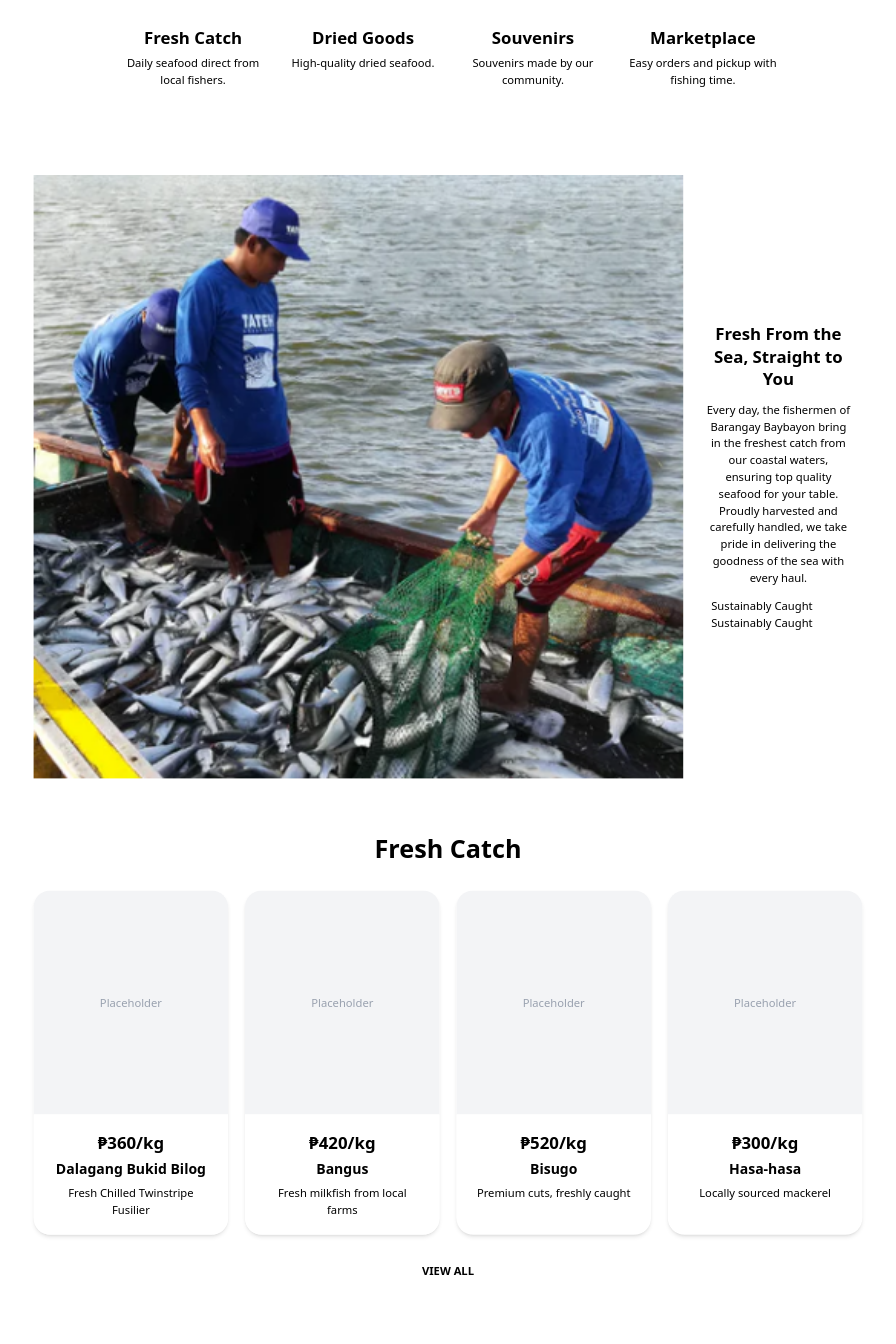
Repository: Coast2Card/coast2cart-frontend
Page: /
The author's editor kept a copy of each file at every save. The page is drawn from the files as they stood at one save, then again after a run of saves.
The browser window is 1280 px wide. The pictures show the part of the page from y = 1350 to 3270 px (the page is 3367 px tall before and 2996 px after), at 70% of full size.
The project was rebuilt for these pictures with package versions that can differ from the ones it lists, and the page was loaded fresh each time. Also part of the build but not shown: vite.config.js, src/pages/Seafood.jsx, src/pages/Souvenirs.jsx, src/pages/About.jsx, src/pages/Cart.jsx, src/pages/Profile.jsx, src/pages/Colors.jsx.

Above is the page before, as saved 2025-09-07 15:33:23.

### index.html
<!DOCTYPE html>
<html lang="en" data-theme="coast2cart">
  <head>
    <meta charset="UTF-8" />
    <!-- <link rel="icon" type="image/svg+xml" href="/vite.svg" /> -->
    <meta name="viewport" content="width=device-width, initial-scale=1.0" />
    <title>Coast2Cart</title>
  </head>
  <body>
    <div id="root"></div>
    <script type="module" src="/src/main.jsx"></script>
  </body>
</html>

### src/App.jsx
import { Routes, Route } from "react-router-dom";
import Layout from "./components/Layout";
import Home from "./pages/Home";
import Seafood from "./pages/Seafood";
import Souvenirs from "./pages/Souvenirs";
import About from "./pages/About";
import Cart from "./pages/Cart";
import Profile from "./pages/Profile";
import Colors from "./pages/Colors";
import "./App.css";

function App() {
  return (
    <Routes>
      {/* Routes with shared layout */}
      <Route path="/" element={<Layout />}>
        <Route index element={<Home />} />
        <Route path="seafood" element={<Seafood />} />
        <Route path="souvenirs" element={<Souvenirs />} />
        <Route path="about" element={<About />} />
        <Route path="cart" element={<Cart />} />
        <Route path="profile" element={<Profile />} />
        <Route path="colors" element={<Colors />} />
      </Route>
    </Routes>
  );
}

export default App;

### src/components/Layout.jsx
import { Outlet } from "react-router-dom";
import Navbar from "./Navbar";

const Layout = () => {
  return (
    <div className="min-h-screen bg-base-200">
      {/* Navigation Header */}
      <Navbar />

      {/* Main Content */}
      <main className=" mx-auto  ">
        <Outlet />
      </main>

      {/* Footer */}
      <footer className="bg-base-100 border-t border-base-300 mt-auto">
        <div className="max-w-7xl mx-auto py-4 px-4 sm:px-6 lg:px-8">
          <p className="text-center text-base-content/70 text-sm">
            © 2024 Coast2Cart. All rights reserved.
          </p>
        </div>
      </footer>
    </div>
  );
};

export default Layout;

### src/pages/Home.jsx
import homeBanner from "../assets/images/home_banner.jpg";
import baybayonLogo from "../assets/logos/c2c_white_transparent.png";
import fish1 from "../assets/images/home_fish1.png";
import fish2 from "../assets/images/home_fish2.png";
import fish3 from "../assets/images/home_fish3.png";
import fish4 from "../assets/images/home_fish4.png";
import fish5 from "../assets/images/home_fish5.png";
import HomeFeatures from "../components/home/HomeFeatures";
import HomeFreshCatch from "../components/home/HomeFreshCatch";
import HomeGallery from "../components/home/HomeGallery";
const Home = () => {
  return (
    <main className="relative overflow-x-hidden">
      {/* Home Banner */}
      <section className="w-full h-[70vh] md:h-185 relative">
        <img
          src={homeBanner}
          alt="Home Banner"
          className="w-full h-full object-cover relative z-4"
          onError={(e) => {
            console.log("Image failed to load:", homeBanner);
            e.target.style.display = "none";
          }}
          onLoad={() => console.log("Image loaded successfully:", homeBanner)}
        />

        <div className="absolute inset-0 bg-black opacity-60 z-10"></div>

        <div className="absolute inset-0 z-20 flex items-start py-20 justify-center">
          <div className="text-center text-white">
            <h1 className="text-xl sm:text-2xl lg:text-3xl font-extrabold font-display mb-[-30px] sm:mb-[-30px] md:mb-[-35px] lg:mb-[-47px]">
              Sea the best of Baybayon, from
            </h1>
            <img
              className="w-6/8 sm:w-5/8 md:4/8 lg:3/8 max-w-270 h-auto mx-auto "
              src={baybayonLogo}
            />
            <button className="mt-[-10px] bg-secondary text-primary uppercase px-6 py-2 rounded-full text-md sm:text-lg font-semibold hover:bg-secondary/90 transition-colors">
              Shop Now
            </button>
          </div>
        </div>
      </section>
      <section className=" relative overflow-hidden w-[140vw] flex items-center justify-center gap-6 mb-25   z-30 -mt-61 sm:-mt-60 left-1/2 -translate-x-1/2">
        <img
          src={fish1}
          alt="Fish 1"
          className="min-w-60 sm:w-65 h-90 object-cover rounded-2xl"
        />
        <img
          src={fish2}
          alt="Fish 2"
          className="min-w-65 h-85 sm:w-80 sm:h-110 object-cover rounded-2xl"
        />
        <img
          src={fish3}
          alt="Fish 3"
          className="min-w-75 h-115 sm:w-95 sm:h-125 object-cover rounded-2xl"
        />
        <img
          src={fish4}
          alt="Fish 4"
          className="min-w-65 h-90 sm:w-80 sm:h-110 object-cover rounded-2xl"
        />
        <img
          src={fish5}
          alt="Fish 5"
          className="min-w-60 sm:w-65 h-90 object-cover rounded-2xl"
        />
      </section>
      <section className="max-w-8xl mx-auto p-4 flex flex-col">
        <HomeFeatures className="mb-25" />
        <HomeGallery />
        <HomeFreshCatch />
      </section>
    </main>
  );
};

export default Home;

### src/components/Navbar.jsx
import { Link, useLocation } from "react-router-dom";
import { useState } from "react";
import { navLinks } from "../data/navigation";
import c2cLogo from "../assets/logos/c2c_transparent.png";
import searchIcon from "../assets/icons/search.png";
import cartIcon from "../assets/icons/cart.png";
import profileIcon from "../assets/icons/profile.png";
import commentIcon from "../assets/icons/comment.png";
const Navbar = () => {
  const location = useLocation();
  const [isMobileMenuOpen, setIsMobileMenuOpen] = useState(false);

  const isActive = (path) => {
    return location.pathname === path;
  };

  const toggleMobileMenu = () => {
    setIsMobileMenuOpen(!isMobileMenuOpen);
  };

  const closeMobileMenu = () => {
    setIsMobileMenuOpen(false);
  };

  return (
    <nav className="bg-base-300 shadow-lg py-2 sticky top-0 z-50">
      <div className="mx-auto px-6 sm:px-6 lg:px-8">
        <div className="flex justify-between h-16">
          <div className="flex items-center">
            <Link to="/" className="flex-shrink-0">
              <img src={c2cLogo} alt="Coast2Cart" className="h-17" />
            </Link>
          </div>

          {/* Desktop Navigation */}
          <div className="hidden md:flex items-center space-x-8">
            {navLinks.map((link) => (
              <Link
                key={link.path}
                to={link.path}
                className={`px-3 py-2 rounded-md text-md font-bold transition-colors ${
                  isActive(link.path)
                    ? " text-accent after:content-[''] after:block after:w-full after:h-0.5 after:bg-accent after:rounded-full"
                    : "text-black hover:text-primary hover:bg-base-200"
                }`}
              >
                {link.label}
              </Link>
            ))}
          </div>

          {/* Desktop Icons - Hidden on mobile */}
          <div className="hidden md:flex items-center gap-4 lg:gap-6">
            <img
              src={searchIcon}
              alt="Search"
              className="h-5 w-5 lg:h-5.5 lg:w-5.5 hover:cursor-pointer hover:opacity-60 transition-opacity duration-300"
            />
            <img
              src={commentIcon}
              alt="Comment"
              className="h-5 w-5 lg:h-5.5 lg:w-5.5 hover:cursor-pointer hover:opacity-60 transition-opacity duration-300"
            />
            <img
              src={cartIcon}
              alt="Cart"
              className="h-5 w-5 lg:h-5.5 lg:w-5.5 hover:cursor-pointer hover:opacity-60 transition-opacity duration-300"
            />
            <img
              src={profileIcon}
              alt="Profile"
              className="h-5 w-5 lg:h-5.5 lg:w-5.5 hover:cursor-pointer hover:opacity-60 transition-opacity duration-300"
            />
          </div>

          {/* Mobile menu button */}
          <div className="md:hidden flex items-center">
            <button
              onClick={toggleMobileMenu}
              className="inline-flex items-center justify-center p-2 rounded-md text-base-content hover:text-primary hover:bg-base-200 focus:outline-none focus:ring-2 focus:ring-inset focus:ring-primary"
              aria-expanded="false"
            >
              <span className="sr-only">Open main menu</span>
              {!isMobileMenuOpen ? (
                <svg
                  className="block h-6 w-6"
                  xmlns="http://www.w3.org/2000/svg"
                  fill="none"
                  viewBox="0 0 24 24"
                  stroke="currentColor"
                  aria-hidden="true"
                >
                  <path
                    strokeLinecap="round"
                    strokeLinejoin="round"
                    strokeWidth="2"
                    d="M4 6h16M4 12h16M4 18h16"
                  />
                </svg>
              ) : (
                <svg
                  className="block h-6 w-6"
                  xmlns="http://www.w3.org/2000/svg"
                  fill="none"
                  viewBox="0 0 24 24"
                  stroke="currentColor"
                  aria-hidden="true"
                >
                  <path
                    strokeLinecap="round"
                    strokeLinejoin="round"
                    strokeWidth="2"
                    d="M6 18L18 6M6 6l12 12"
                  />
                </svg>
              )}
            </button>
          </div>
        </div>
      </div>

      {/* Mobile Navigation Menu */}
      <div className={`md:hidden ${isMobileMenuOpen ? "block" : "hidden"}`}>
        <div className="px-2 pt-2 pb-3 space-y-1 sm:px-3 bg-base-100 border-t border-base-300">
          {navLinks.map((link) => (
            <Link
              key={link.path}
              to={link.path}
              onClick={closeMobileMenu}
              className={`block px-3 py-2 rounded-md text-base font-medium transition-colors ${
                isActive(link.path)
                  ? "bg-primary text-primary-content"
                  : "text-base-content hover:text-primary hover:bg-base-200"
              }`}
            >
              {link.label}
            </Link>
          ))}

          {/* Mobile Icons */}
          <div className="flex items-center justify-center gap-6 pt-4 border-t border-base-300 mt-4">
            <img
              src={searchIcon}
              alt="Search"
              className="h-6 w-6 hover:cursor-pointer hover:opacity-60 transition-opacity duration-300"
            />
            <img
              src={commentIcon}
              alt="Comment"
              className="h-6 w-6 hover:cursor-pointer hover:opacity-60 transition-opacity duration-300"
            />
            <img
              src={cartIcon}
              alt="Cart"
              className="h-6 w-6 hover:cursor-pointer hover:opacity-60 transition-opacity duration-300"
            />
            <img
              src={profileIcon}
              alt="Profile"
              className="h-6 w-6 hover:cursor-pointer hover:opacity-60 transition-opacity duration-300"
            />
          </div>
        </div>
      </div>
    </nav>
  );
};

export default Navbar;

### src/components/home/HomeFeatures.jsx
import cartIcon from "../../assets/icons/cart.png";
import commentIcon from "../../assets/icons/comment.png";
import profileIcon from "../../assets/icons/profile.png";
import searchIcon from "../../assets/icons/search.png";

const features = [
  {
    icon: cartIcon,
    title: "Fresh Catch",
    description: "Daily seafood direct from local fishers.",
  },
  {
    icon: searchIcon,
    title: "Dried Goods",
    description: "High-quality dried seafood.",
  },
  {
    icon: commentIcon,
    title: "Souvenirs",
    description: "Souvenirs made by our community.",
  },
  {
    icon: profileIcon,
    title: "Marketplace",
    description: "Easy orders and pickup with fishing time.",
  },
];

const HomeFeatures = ({ className = "" }) => {
  return (
    <article className={` mx-auto w-full ${className}`}>
      <section className="grid grid-cols-1 sm:grid-cols-2 space-y-6 lg:grid-cols-4 gap-6 sm:w-[95%] lg:w-[90%] xl:w-[80%] mx-auto">
        {features.map((item, index) => (
          <div
            key={index}
            className="flex flex-col items-center justify-start gap-2"
          >
            <div className="bg-accent mb-2 p-11 sm:p-11 flex justify-center items-center rounded-full">
              <div className="bg-gray-300 rounded-xl p-1 h-14 w-14"></div>
            </div>
            <h3 className="text-2xl font-bold text-primary">{item.title}</h3>
            <h3 className="text-md text-center">{item.description}</h3>
          </div>
        ))}
      </section>
    </article>
  );
};

export default HomeFeatures;

### src/components/home/HomeFreshCatch.jsx
const freshCatchItems = [
  {
    id: 1,
    price: "₱360/kg",
    name: "Dalagang Bukid Bilog",
    description: "Fresh Chilled Twinstripe Fusilier",
    image: null,
  },
  {
    id: 2,
    price: "₱420/kg",
    name: "Bangus",
    description: "Fresh milkfish from local farms",
    image: null,
  },
  {
    id: 3,
    price: "₱520/kg",
    name: "Bisugo",
    description: "Premium cuts, freshly caught",
    image: null,
  },
  {
    id: 4,
    price: "₱300/kg",
    name: "Hasa-hasa",
    description: "Locally sourced mackerel",
    image: null,
  },
];

const HomeFreshCatch = ({ className = "" }) => {
  return (
    <div className={`flex flex-col text-center ${className}`}>
      <h1 className="text-4xl font-bold text-accent mb-10">Fresh Catch</h1>
      <section className="grid grid-cols-1 sm:grid-cols-2 xl:grid-cols-4  gap-6 mb-8">
        {freshCatchItems.map((item) => (
          <div
            key={item.id}
            className="flex flex-col shadow-md overflow-hidden rounded-3xl"
          >
            <div className="bg-gray-100 h-80 flex items-center justify-center text-gray-400">
              Placeholder
            </div>
            <div className="bg-white p-6  flex flex-col gap-2 text-center items-center justify-center">
              <h3 className="text-success text-2xl font-bold">{item.price}</h3>
              <h3 className="text-black font-bold text-xl">{item.name}</h3>
              <p className="text-md">{item.description}</p>
            </div>
          </div>
        ))}
      </section>
      <div className="mb-20">
        <button className="bg-secondary text-primary uppercase px-6 py-2 rounded-full text-md font-semibold hover:bg-secondary/90 transition-colors">
          View All
        </button>
      </div>
    </div>
  );
};

export default HomeFreshCatch;

### src/components/home/HomeGallery.jsx
import React from "react";
import homeGallery1 from "../../assets/images/home_gallery1.png";
const HomeGallery = () => {
  return (
    <div className="w-full flex gap-4 mb-20 ">
      <img src={homeGallery1} className="flex-1  " />
      <div className="flex flex-col w-60 p-4 gap-4 justify-center">
        <h2 className="font-bold text-2xl text-primary">
          Fresh From the Sea, Straight to You
        </h2>
        <p className="text-md">
          Every day, the fishermen of Barangay Baybayon bring in the freshest
          catch from our coastal waters, ensuring top quality seafood for your
          table. Proudly harvested and carefully handled, we take pride in
          delivering the goodness of the sea with every haul.
        </p>
        <div className="flex gap-2">
          <img />
          <div className="flex flex-col">
            <h3>Sustainably Caught</h3>
            <h3>Sustainably Caught</h3>
          </div>
        </div>
      </div>
    </div>
  );
};

export default HomeGallery;

### src/data/navigation.js
// Navigation links data
export const navLinks = [
  { path: "/", label: "Home" },
  { path: "/seafood", label: "Seafood" },
  { path: "/souvenirs", label: "Souvenirs" },
  { path: "/about", label: "About" },
  // { path: "/cart", label: "Cart" },
  // { path: "/profile", label: "Profile" },
  // { path: "/colors", label: "Colors" },
];

Loaded but not shown: src/main.jsx (common file); src/index.css (common file); src/App.css (common file)

After the next 2 saves:
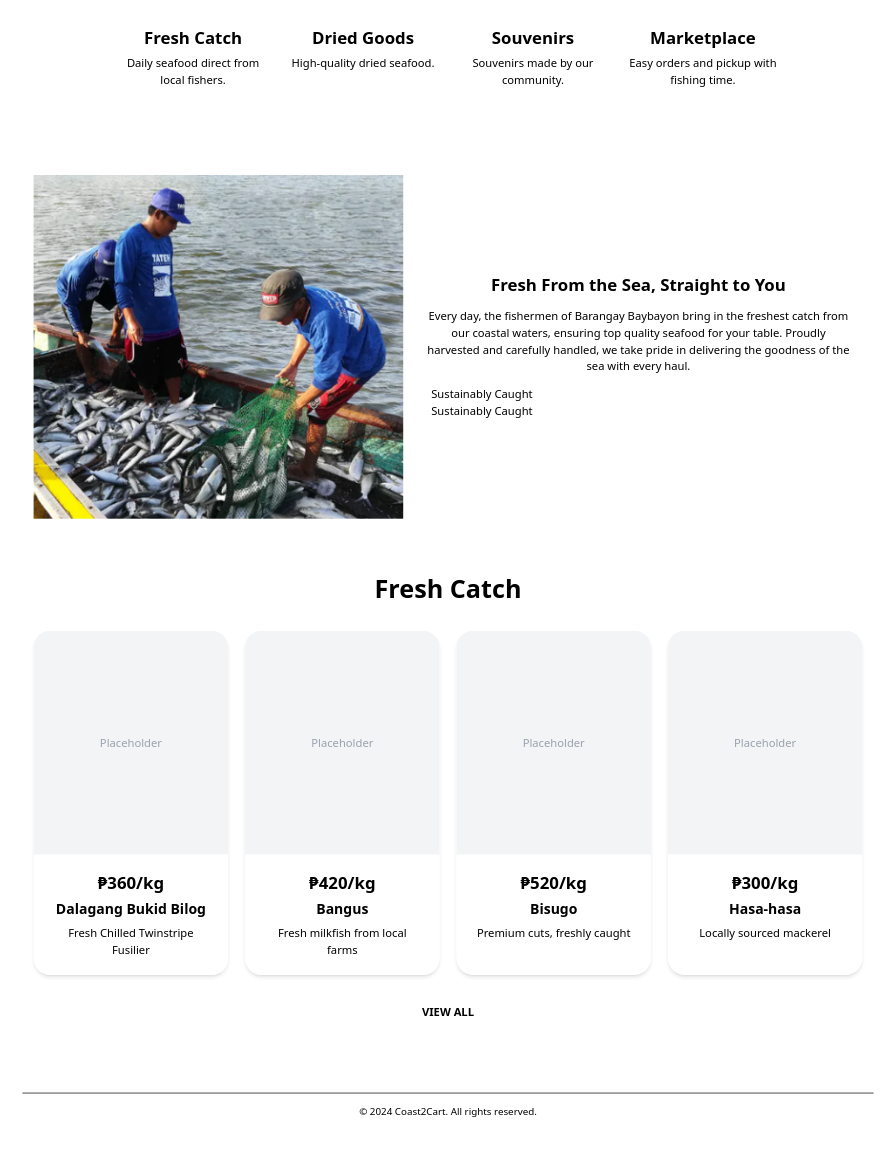
The 2 saves are shown as one change because they came seconds apart.
The last was saved 6 s later.
--- a/src/components/home/HomeGallery.jsx
+++ b/src/components/home/HomeGallery.jsx
@@ -4,7 +4,7 @@ const HomeGallery = () => {
   return (
     <div className="w-full flex gap-4 mb-20 ">
       <img src={homeGallery1} className="flex-1  " />
-      <div className="flex flex-col w-60 p-4 gap-4 justify-center">
+      <div className="flex flex-col w-160 p-4 gap-4 justify-center">
         <h2 className="font-bold text-2xl text-primary">
           Fresh From the Sea, Straight to You
         </h2>
